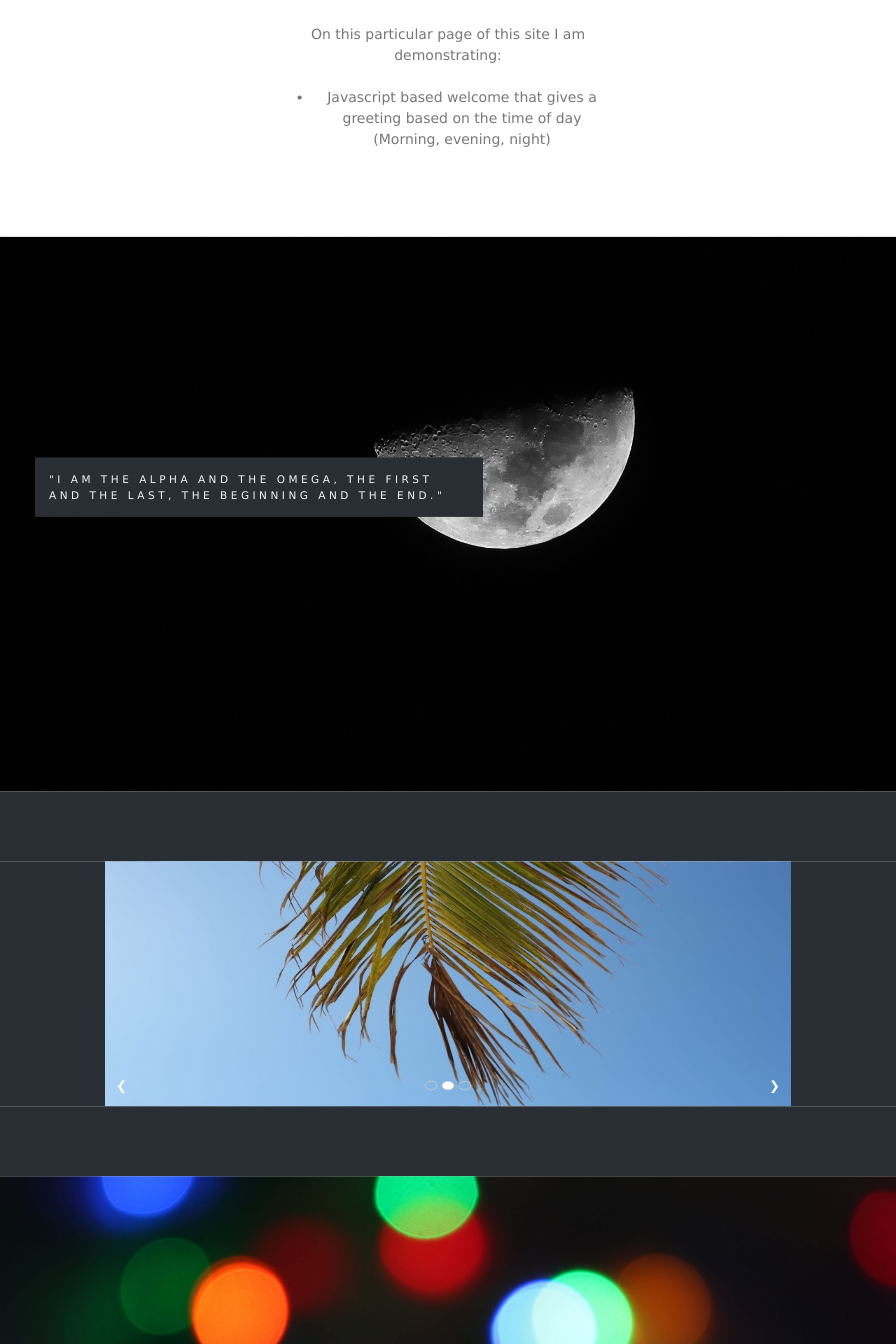
Repository: Jasondhillon/jasondhillon.github.io
Page: index.html
The author's editor kept a copy of each file at every save. The page is drawn from the files as they stood at one save, then again after the next save.
The browser window is 1280 px wide. The pictures show the part of the page from y = 1038 to 2958 px (the page is 3781 px tall before and 3961 px after), at 70% of full size.
Backgrounds fixed to the window are drawn as part of the page.

Above is the page before, as saved 2020-04-07 17:23:45.

### index.html
<!DOCTYPE html>
<html>
<head>
  <title>Welcome</title>
  <meta name="viewport" content="width=device-width, initial-scale=1">
  <meta name="robots" content="noindex, nofollow">
  <style>
    /*Above the fold*/
      html, body{width:100%; height: 100%; font-family: 'Ubuntu', sans-serif; color: whitesmoke;}

      .parallax{
      height:110%;
      background-attachment: fixed;
      background-position: center;
      background-repeat: no-repeat;
      background-size: cover;
      z-index: -5;
      }

      .topnav {
      position: absolute;
      overflow: hidden;
      }

      .topnav a {
      float: left;
      display: block;
      color: white;
      text-align: center;
      padding: 22px 21px;
      text-decoration: none;
      text-shadow: 0px 0px 10px black;
      font-size: 20px;
      }


      .topnav a:hover {
      background-color: #ddd;
      color: black;
      text-shadow: none;
      }

      .topnav .icon {
      display: none;
      color: white;
      }

      #welcome{
      text-align: center;
      position: absolute;
      left:0;
      width:100%;
      top:40%;
    }

    /*Mobile Media Query*/
      @media screen and (max-width:770px){
        html{overflow-x: hidden}
        /*Change Parallax to use smaller images*/
        .parallax{background-attachment: scroll;}
        #parallax1{background-image: url(../img/mosaic_small.jpg) !important;}
        #parallax2{background-image: url(../img/moon4_small2.jpg) !important; }
        #parallax3{background-image: url(../img/blur_small.jpg) !important;}

        /*Change Navbar to become hamburger menu*/
        .topnav a:not(:last-child) {
            display: none;
        }

        .topnav{
            min-height:100px;
            position: relative;
        }
        .topnav a.icon {
            position: absolute;
            right: 0;
            display: block;

        }
        .topnav.responsive {
            position: relative;
        }
        .topnav.responsive .icon {
            position: absolute;
            right: 0;
            top: 0;
        }
        .topnav.responsive a {
            float: none;
            display: block;
            text-align: left;
        }
      }
  </style>
  <!-- Async Script -->
    <noscript id="deferred-styles">
      <link rel="stylesheet" type="text/css" href="css/stylesheet.css"/>
      <link rel="stylesheet" href="https://www.w3schools.com/w3css/4/w3.css">
      <link rel="stylesheet" href="https://fonts.googleapis.com/css?family=Lato">
    </noscript>
    <script>
      var loadDeferredStyles = function() {
        var addStylesNode = document.getElementById("deferred-styles");
        var replacement = document.createElement("div");
        replacement.innerHTML = addStylesNode.textContent;
        document.body.appendChild(replacement)
        addStylesNode.parentElement.removeChild(addStylesNode);
      };
      var raf = requestAnimationFrame || mozRequestAnimationFrame ||
          webkitRequestAnimationFrame || msRequestAnimationFrame;
      if (raf) raf(function() { window.setTimeout(loadDeferredStyles, 0); });
      else window.addEventListener('load', loadDeferredStyles);
    </script>

</head>

<body>
<!-- Parallax/Navbar -->
  <div id="parallax1" class="parallax" style=" z-index: 1; height:110%; background-image: url(img/mosaic.JPG);" >
    <!--p style="color:white; height:110%; z-index: -599; position: absolute;"> loading </p-->

    <nav class="topnav" id="myTopnav">
      <a href="">Home</a>
      <a href="photos/index.html">Photos</a>
      <a href="about/index.html">About</a>
      <a href="contact/index.html">Contact</a>
      <a href="alt/index.html">Alt Site</a>
      <a href="javascript:void(0);" style="font-size:25px;" class="icon" onclick="myFunction();">&#9776;</a>
  </nav>

      <script>
          function myFunction()
          {
            var temp;
            var temp2;
            clearInterval(temp);
            clearInterval(temp2);

            var x = document.getElementById("myTopnav");
            var y = document.getElementById("welcometext");

            if (x.className === "topnav")
            {
              x.className += " responsive";

              y.style.opacity = 1;
              var temp = setInterval(function()
              {
                if(y.style.opacity<= 0)
                {
                  y.style.opacity = 0;
                  clearInterval(temp);

                }
                else
                {
                  y.style.opacity-=.1;
                  console.log("subtracting");
                }
              }, 10);

            }
            else
            {
              x.className = "topnav";
              y.style.opacity = 0;
                var temp2 = setInterval(function()
                {
                  if(y.style.opacity>= 1)
                  {
                    y.style.opacity = 1;
                    clearInterval(temp2);

                  }
                  else
                  {
                    y.style.opacity = parseFloat(y.style.opacity) + .05;
                    console.log("adding");
                  }
                }, 10);

            }
          }
      </script>

    <div id="welcome">
      <p id="welcometext">welcome</p>

      <script>
      var x = document.getElementById("welcometext");
      var y = new Date().getHours();
       if(y<12) x.innerHTML = "Good Morning";
       else if(y==12) x.innerHTML = "Welcome";
       else x.innerHTML = "Good Afternoon";
      </script>
    </div>

  </div>

<!-- Quote  -->
  <div style="background-color: white; padding: 80px 50px; line-height: 30px;">
    <h1 style="text-align: center; color: #444; text-transform: uppercase;">Jason Dhillon's Portfolio </h1>
    <p id="quote">
      Hi there, welcome to my site, you will find various projects through the navbar at the top of the webpage.</p>
      <p id="quote">
        On this particular page of this site I am demonstrating:
      <ul id="quote">
        <li> Javascript based welcome that gives a greeting based on the time of day (Morning, evening, night)</li>
      </ul></p>
  </div>

<!-- Parallax/Moon -->
  <div id="parallax2" class="parallax" style="background-image: url(img/moon4.JPG);">
    <div style="position: relative; left:50px; top:100px; width:50%;">
      <p id="moontext">
        "I am the Alpha and the Omega,
          the First and the Last,
            the Beginning and the End."</p>
      </div>
  </div>

<!-- Slide Show -->
  <div style="background-color: #282E34; height: 100px;"></div>
  <div style="background-color: #282E34;">
    <div class="w3-content w3-display-container" style="height:350px; overflow:hidden">
      <img class="mySlides" src="img/IMG_0911.JPG" style="z-Index:3">
      <img class="mySlides" src="img/IMG_0810.JPG" style="z-Index:2">
      <img class="mySlides" src="img/IMG_1858.JPG" style="z-Index:1">

    <!-- Slide Show Buttons -->
      <div class="w3-center w3-container w3-section w3-large w3-text-white w3-display-bottommiddle" style="width:100%; z-index:4;">
        <div class="w3-left w3-hover-text-khaki" onclick="plusDivs(-1)">&#10094;</div>
        <div class="w3-right w3-hover-text-khaki" onclick="plusDivs(1)">&#10095;</div>
        <span class="w3-badge demo w3-border w3-transparent w3-hover-white" onclick="currentDiv(1)"></span>
        <span class="w3-badge demo w3-border w3-transparent w3-hover-white" onclick="currentDiv(2)"></span>
        <span class="w3-badge demo w3-border w3-transparent w3-hover-white" onclick="currentDiv(3)"></span>
      </div>

      <!--Slide Show Script -->
        <script>
          var slideIndex = 0;
          var j = null;
          document.getElementsByClassName("demo")[slideIndex].className += " w3-white";
          var looper = setInterval(function(){if(j==null){showNextDivs(1+slideIndex);}}, 5000);

          function plusDivs(n) {
            if(looper!== null){
              clearInterval(looper);
              looper = null;
            }

            if(j==null){
            showNextDivs(n+slideIndex);
            }
          }
          function currentDiv(n) {
            if(looper!== null){
              clearInterval(looper);
              looper = null;
            }

            if(j==null){
              showDivs(n);
            }
          }
          //////////////////////////////////////////////////////
          function showDivs(n) {
            var prev = slideIndex;
            var next = n-1;
            var x = document.getElementsByClassName("mySlides");
            var dots = document.getElementsByClassName("demo");

            x[prev].style.zIndex = 3;

            x[next].style.zIndex = 2;

            for(var i = 0; i<x.length; i++){
              if((i!== prev) && (i!==next)){
                x[i].style.zIndex = 1;
              }

            }
              var opc = 1;
              j = setInterval(function(){
                  if (opc <= 0) {
                    x[next].style.zIndex = 3;
                    x[prev].style.zIndex = 2;
                    x[prev].style.opacity = 1;
                      clearInterval(j);
                      j=null;
                  } else {
                      opc-=.01;

                      x[prev].style.opacity = opc;
                  }
              }, 10);

              slideIndex = next;

            for (i = 0; i < dots.length; i++) {
              dots[i].className = dots[i].className.replace(" w3-white", "");
            }

            dots[next].className += " w3-white";
            x[prev].style.opacity = 1;
          }
          ////////////////////////////////////////////////////
          function showNextDivs(n) {
            var x = document.getElementsByClassName("mySlides");
            var dots = document.getElementsByClassName("demo");

            var prev = slideIndex;
            var next = n;
            if (n == -1) {next = 2}
            if (n == 3) {next = 0}
            var x = document.getElementsByClassName("mySlides");
            var dots = document.getElementsByClassName("demo");

            x[prev].style.zIndex = 3;

            x[next].style.zIndex = 2;

            for(var i = 0; i<x.length; i++){
              if((i!== prev) && (i!==next)){
                x[i].style.zIndex = 1;
              }

            }
              var opc = 1;
              j = setInterval(function(){
                  if (opc <= 0) {
                    x[next].style.zIndex = 3;
                    x[prev].style.zIndex = 2;
                    x[prev].style.opacity = 1;
                      clearInterval(j);
                      j=null;
                  } else {
                      opc-=.01;

                      x[prev].style.opacity = opc;
                  }
              }, 10);

              slideIndex = next;

            for (i = 0; i < dots.length; i++) {
              dots[i].className = dots[i].className.replace(" w3-white", "");
            }

            dots[next].className += " w3-white";
            x[prev].style.opacity = 1;

            console.log("Previous: " + prev + "\nslideIndex: " + slideIndex)
          }
        </script>

      </div>
    </div>
  </div>
  <div style="background-color: #282E34; height: 100px;"></div>


<!-- Skype Bot -->
  <span class="skype-button bubble " data-bot-id="2c2a7e41-040a-4fcd-b10a-2480ac3c488e"></span>
  <script src="https://swc.cdn.skype.com/sdk/v1/sdk.min.js"></script>

  <!-- Parallax -->
  <div id="parallax3" class="parallax" style="background-image: url(img/blur.JPG);">
  </div>

  <!-- Footer -->
  <footer class="footer">
    <table class="footer" cellspacing="0" cellpadding="0">

      <tr>
        <td>
          <p class="footer">SOCIAL</p>
          <ul class="footer">
            <li class="footer"><a  class="footer" href="https://www.facebook.com/"> <img src="img/facebook.svg" alt="" width="50px" height="50px"></li>
            <li class="footer"><a  class="footer" href="https://twitter.com/"> <img src="img/twitter.svg" alt="" width="50px" height="50px"></li>
            <li class="footer"><a class="footer" href="https://plus.google.com/+"> <img src="img/googleplus.svg" alt="" width="50px" height="50px"></li>
            <li class="footer"><a class="footer" href="https://www.instagram.com//"> <img src="img/instagram.svg" alt="" width="50px" height="50px"></li>
            <li class="footer"><a class="footer" href="https://www.youtube.com/"> <img src="img/youtube.svg" alt="" width="50px" height="50px"></li>
          </ul>
        </td>

        <!--Desktop-->
        <td id="desktop">
            <h4>You can contact me here</h4>
            <h4><img id="icon" src="img/location2.png">Orlando, FL</h4>
            <h4><img id="icon" src="img/phone2.png"><a style="color:dodgerblue" href="tel:">1-407-407-0000</h4></a></li>
            <h4><img id="icon" src="img/mail2.png"><a style="color:dodgerblue" href="mailto:">email@gmail.com</a></h4>
        </td>
      </tr>

      <!--Mobile-->
      <tr>
        <td id="mobile">
          <ul style="margin: 0 auto; width: 100%; padding: 20px;">
            <li class="footer" style="width:100%"><h4>You can contact me here</h4></li>
            <li class="footer" style="width:100%"><h4><img id="icon" src="img/location2.png">Orlando, FL</h4></li>
            <li class="footer" style="width:100%"><h4><img id="icon" src="img/phone2.png"><a style="color:dodgerblue" href="tel:">1-407-407-0000</h4></a></li>
            <li class="footer" style="width:100%"><h4><img id="icon" src="img/mail2.png"><a style="color:dodgerblue" href="mailto:">email@gmail.com</a></h4></li>
          </ul>
        </td>
      </tr>
    </table>

  </footer>

</body>
</html>

### css/stylesheet.css
html, body{width:100%; height: 100%; font-family: 'Ubuntu', sans-serif; color: whitesmoke;}
a{text-decoration: underline;}
.mySlides {display:block; position: absolute;}
.w3-left, .w3-right, .w3-badge {cursor:pointer}
.w3-badge {height:13px; width:13px; padding:0}

/*Parallax*/
    .parallax{
        height:110%;
        background-attachment: fixed;
        background-position: center;
        background-repeat: no-repeat;
        background-size: cover;
        z-index: -5;
    }

 /*Moon Text*/
    #moontext {
        position: absolute;
        top:200px;
        text-transform:uppercase;
        background-color:#282E34;
        width:100%;
        letter-spacing: 5px;
        padding: 20px;
    }

    #quote{
        text-align: center;
        width:40%; white-space:pre-line;
        margin: 0 auto;
        font-size: 20px;
        color: #777
    }

/*Navbar*/
    .topnav {
        position: absolute;
        overflow: hidden;
        }

        .topnav a {
        float: left;
        display: block;
        color: white;
        text-align: center;
        padding: 22px 21px;
        text-decoration: none;
        text-shadow: 0px 0px 10px black;
        font-size: 20px;
        }


        .topnav a:hover {
        background-color: #ddd;
        color: black;
        text-shadow: none;
        }

        .topnav .icon {
        display: none;
        color: white;
        }

        #welcome{
            text-align: center;
            position: absolute;
            left:0;
            width:100%;
            top:40%;
        }

	#welcometext{
	    opacity: 1;
	    position: absolute;
	    left: 0;
	    right: 0;
	    text-transform: uppercase;
	    background-color: #282E34;
	    width: 250px;
	    text-align: center;
	    font-size: 20px;
	    letter-spacing: 10px;
	    padding: 20px;
	    margin: 0 auto;
	}

/*Footer*/
    footer{
        width:100%;
        background-color: #111;
        text-align: center;
        padding-bottom: 50px;
    }

    p.footer{
        padding-top: 50px;
        color: white;
        font-weight: bold;
    }

    ul.footer{
        display: inline;
        list-style: none;
        padding-right: 50px;
    }
    a.footer{
        text-decoration: none;
    }
    #mobile{
        display: none;
    }
    li.footer{
	    display: inline-block;
    }
    #desktop{
        padding-right: 100px;
        padding-top:50px;
        float: right;
    }
    table.footer{
        width: 100%; table-layout: fixed
    }

/*SkypeBot iframe*/
iframe{
    background-color: #111 !important;
    width: inherit !important;
    height: 2em;
    margin: 0 !important;
}

/*Mobile Media Query*/
    @media screen and (max-width:770px){
    html{overflow-x: hidden}
    /*Change Parallax to use smaller images*/
    .parallax{background-attachment: scroll;}
    #parallax1{background-image: url(../img/mosaic_small.jpg) !important;}
    #parallax2{background-image: url(../img/moon4_small2.jpg) !important; }
    #parallax3{background-image: url(../img/blur_small.jpg) !important;}

    /*Change Navbar to become hamburger menu*/
    .topnav a:not(:last-child) {
        display: none;
    }

    .topnav{
        min-height:100px;
        position: relative;
    }
    .topnav a.icon {
        position: absolute;
        right: 0;
        display: block;

    }
    .topnav.responsive {
        position: relative;
    }
    .topnav.responsive .icon {
        position: absolute;
        right: 0;
        top: 0;
    }
    .topnav.responsive a {
        float: none;
        display: block;
        text-align: left;
    }

    /*Change the slide show to fit the screen*/
    .mySlides{
        margin-left:-150px;
    }

    /*Change footer to mobile friendly variant*/
    .footer{
        padding: 0;
    }
    ul.footer{
        padding-right:0px;
    }

    td.footer{
        padding-right:0;
    }

    #desktop{
        display:none;
    }
    #mobile{
        display:block;
    }

    table{
        width:100%;
    }

    /*Positioning fixes for mobile*/
    #moontext{
        font-size: 12px;
        top:30px;
    }

    #quote{
        width:100% !important;
    }
}
@media screen and(max-width: 1090px){
    #quote{
        width:100% !important;
    }
}

After the next save:
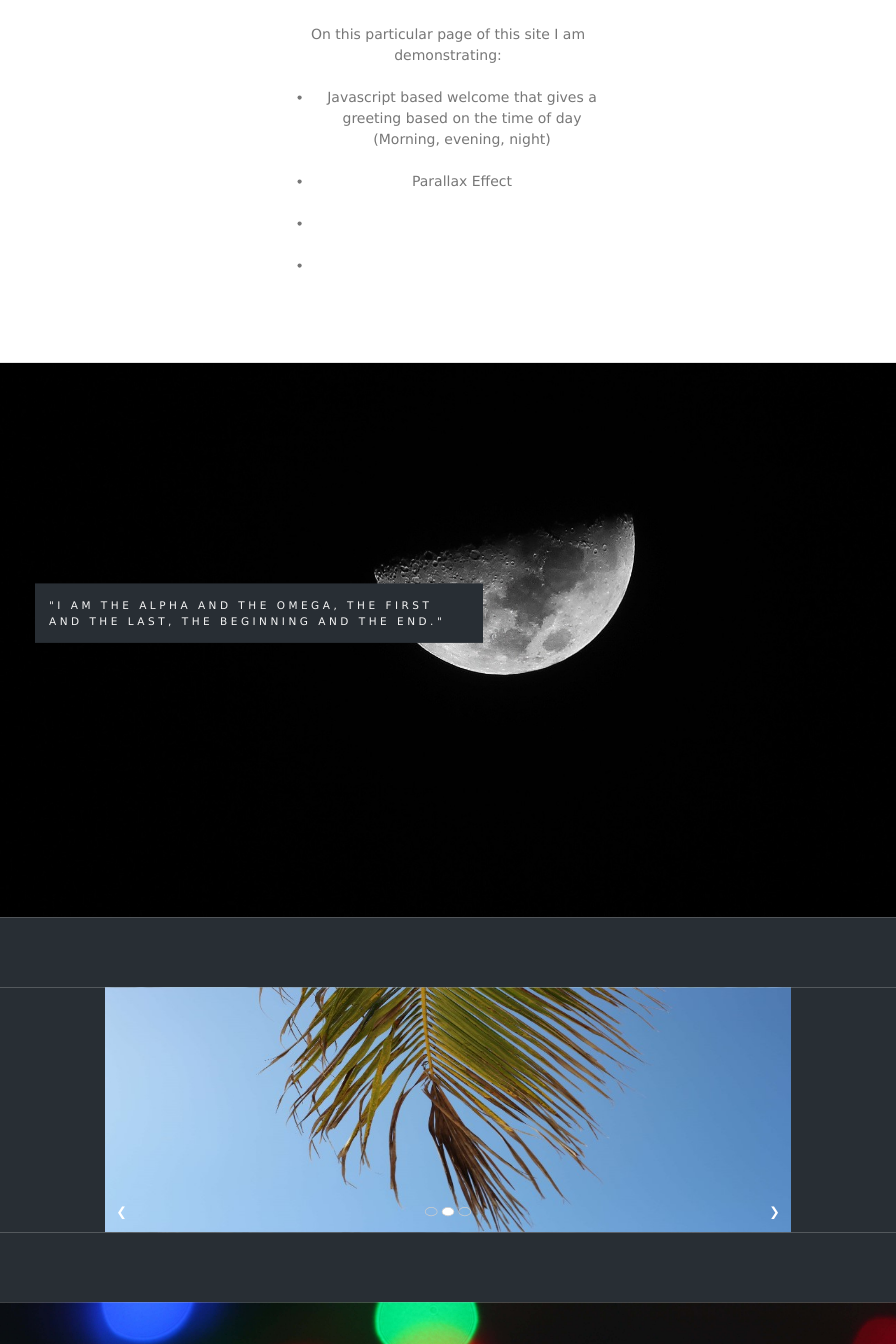
Saved 83 s later.
--- a/index.html
+++ b/index.html
@@ -206,6 +206,9 @@
         On this particular page of this site I am demonstrating:
       <ul id="quote">
         <li> Javascript based welcome that gives a greeting based on the time of day (Morning, evening, night)</li>
+        <li>Parallax Effect</li>
+        <li></li>
+        <li></li>
       </ul></p>
   </div>
 
